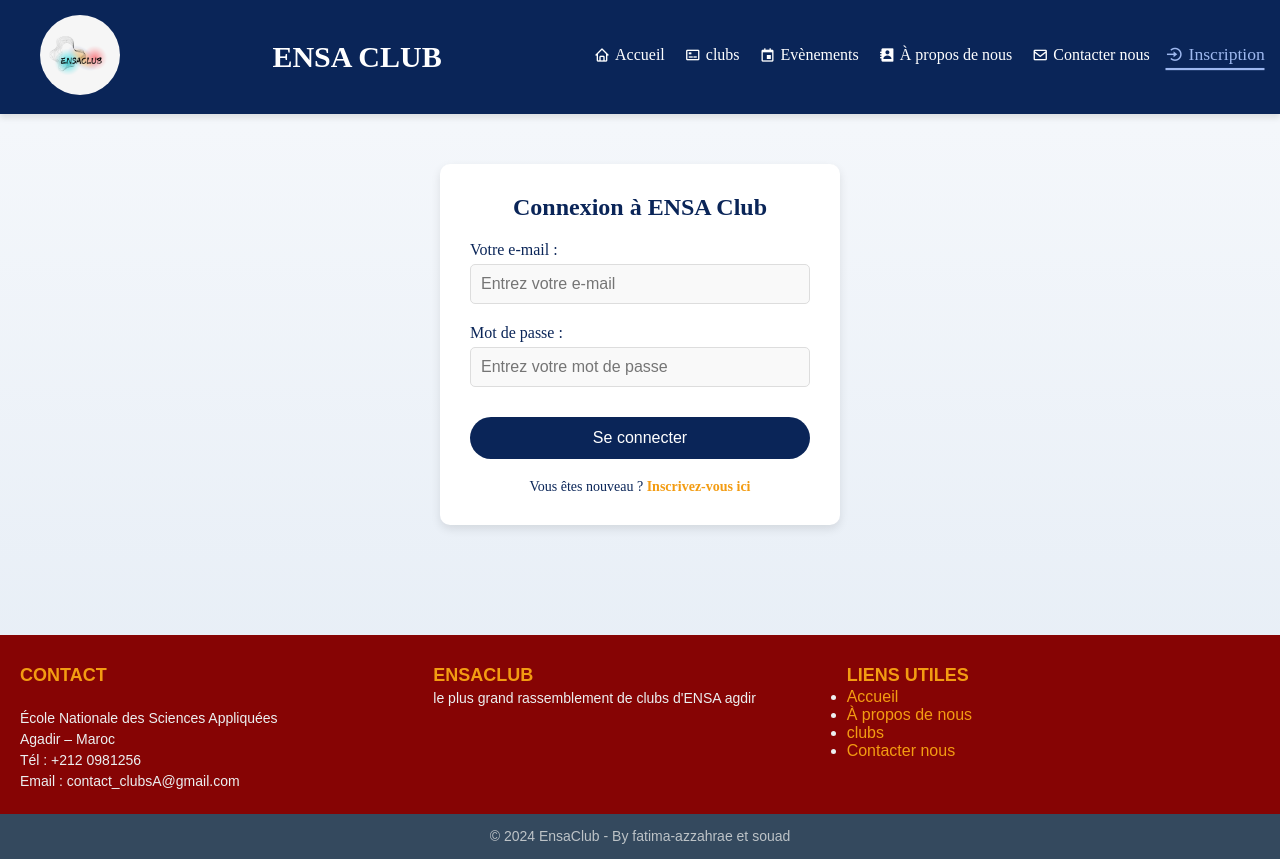
Repository: fati-smart/ENSAclub
Page: login.html
The author's editor kept a copy of each file at every save. The page is drawn from the files as they stood at one save, then again after the next save.
The browser window is 1280 px wide. The pictures show the whole page.

Above is the page before, as saved 2024-12-02 18:47:50.

### login.html
<!DOCTYPE html>
<html>

<head>
    <meta charset="UTF-8">
    <meta name="viewport" content="width=device-width, initial-scale=1.0">
    <link href='https://unpkg.com/boxicons@2.1.4/css/boxicons.min.css' rel="stylesheet" />
    <link rel="stylesheet" href="style.css">
    <title>login</title>
</head>

<body>
    <header class="header">
        <div><img src="logo.png" alt="logo"></div>
        <div class="titre"><a href="index.html"><p>ENSA CLUB</p></a></div>
        <nav>

          <ul>
            <li><a href="index.html">
              <i class='bx bx-home'></i></i>Accueil</a></li>
              <li><a href="club.html">
                <i class='bx bx-credit-card-front'></i>clubs</a></li>
              <li><a href="evenement.html">
                <i class='bx bx-calendar-event' ></i>Evènements</a></li>
              <li><a href="propos.html">
                <i class='bx bxs-contact'></i>À propos de nous</a></li>
              <li><a href="Contact.html">
                <i class='bx bx-envelope'></i>Contacter nous</a></li>
              <li><a href="inscrip.html" class="active">
                <i class='bx bx-log-in-circle'></i>Inscription</a></li>
          </ul>


        </nav>
    </header>


    <section class="connexion">
      <div class="logFormulaire">
        <h1 class="titre-logFormulaire">Connexion à ENSA Club</h1>
        <form action="profil.html">
          <div class="form-group">
            <label for="email">Votre e-mail :</label>
            <input type="email" name="email" id="email" placeholder="Entrez votre e-mail" required />
          </div>
          <div class="form-group">
            <label for="password">Mot de passe :</label>
            <input type="password" name="password" id="password" placeholder="Entrez votre mot de passe" required />
          </div>
          <button type="submit" class="btn-submit">Se connecter</button>
        </form>
        <p class="lien-nouveau">
          Vous êtes nouveau ? <a href="inscrip.html">Inscrivez-vous ici</a>
        </p>
      </div>
    </section>



    <footer class="footer">
        <div class="footer-container">
            <div class="footer-content">
              <ul>
                <h3>CONTACT</h3><br />
                <p>École Nationale des Sciences Appliquées<br /> Agadir – Maroc<br />
                Tél : +212 0981256<br />
                Email : contact_clubsA@gmail.com<br />
              </p>
              </ul>
            </div>
            <div class="footer-section-info">
              <ul>
                <h3>EnsaClub</h3>
              <p> le plus grand rassemblement de clubs d'ENSA agdir </p>
              </ul>
            </div>
            <div class="footer-content">
                <h3>Liens utiles</h3>
                 <ul class="list">
                    <li><a href="index.html">Accueil</a></li>
                    <li><a href="propos.html">À propos de nous</a></li>
                    <li><a href="club.html">clubs</a></li>
                    <li><a href="Contact.html">Contacter nous</a></li>
                 </ul>
            </div>
        </div>
        <div class="footer-bottom">
          <p>© 2024 EnsaClub - By fatima-azzahrae et souad</p>
        </div>
    </footer>
</body>

</html>

### style.css
* {
  margin: 0;
  padding: 0;
  box-sizing: border-box;
}

body {
  font-family: cursive;
  background-color: #f5f6fa;
  overflow-x: hidden;
  background: linear-gradient(to bottom, #f7f9fc, #e4ecf5);
}

/*******************************************HEADER************************************************/
.header {
  background-color: #0A2558;
  color: white;
  display: flex;
  align-items: center;
  justify-content: space-between;
  padding: 15px 20px;
  box-shadow: 0 4px 6px rgba(0, 0, 0, 0.1);
}

.header img {
  margin-left: 20px;
  width: 80px;
  height: 80px;
  border-radius: 50%;
}

.header .titre a {
  text-decoration: none;
  color: white;
  font-size: 26px;
  font-weight: bold;
}

nav ul {
  list-style: none;
  display: flex;
  gap: 20px;
}

nav ul li a {
  color: white;
  text-decoration: none;
  font-size: 16px;
  display: flex;
  align-items: center;
  gap: 5px;
  transition: color 0.3s ease-in-out;
}
.header .titre p{
  font-size: 30px;
  font-weight: bold;
  color: #ffffff;
  margin: 0;
}

nav ul li a:hover {
  color: #9eb8ef;
}

nav ul li a.active {
  border-bottom: 2px solid #9eb8ef;
  padding-bottom: 3px;
  color: #9eb8ef;
  transform: scale(1.1);

}
/*************************************section CLUB***********************************************/
.club{
  margin-top: 50px;
  display: flex;
  align-items: center;
  justify-content: center;
  flex-wrap: wrap;
}

.club .carteClub{
  width: 350px;
  height: 420px;
  background-color: #e9ebed;
  border-radius: 12px;
  margin-left: 30px;
  margin-right: 30px;
  box-shadow: 0 4px 6px rgba(0, 0, 0, 0.1);
  position: relative;
}

.club .carteClub .imageClub {
  width: 100%;
  height: 45%;
  margin-left: 15px;
  margin-right: 15px;
  align-items: center;
}

.club .carteClub .imageClub img{
  width: 90%;
  height: 90%;
  margin-top: 10px;
  border-radius: 12px;
}

.club .carteClub .text{
  width: 90%;
  height: 90%;
  margin-left: 10px;
  text-align: center;
}

.club .carteClub .text p{
  text-align: left;
}

.club .carteClub .text strong{
  font-size: 25px;
  font-family: 'Franklin Gothic Medium', 'Arial Narrow', Arial, sans-serif;
  color: #0A2558;
}

.club .carteClub .text .jointure{
  color: #143c85d7;
}

.carteClub button {
  position: absolute;
  bottom: 10px;
  right: 15px;
  padding: 10px 20px;
  background-color: #ff1100;
  color: #fff;
  border: none;
  border-radius: 5px;
  cursor: pointer;
  width: 90px;
}

.carteClub button:hover {
  background-color: #d91103e0;
  transform: scale(1.1);

}

/****************************************section EVENMENT****************************************/
.event {
  display: flex;
  flex-wrap: wrap;
  justify-content: center;
  padding: 20px;
  margin-top: 30px;
  align-items: center;
  border-radius: 12px;
  gap:  40px 15px;
  max-width: 1400px;

}

.carteEvent {
  width: 340px;
  display: flex;
  flex-direction: column;
  height: 200px;
  background: #fff;
  border-radius: 10px;
  box-shadow: 0 4px 8px rgba(0, 0, 0, 0.1);
  overflow: hidden;
  transition: height 0.3s ease, box-shadow 0.3s ease;
  padding: 10px;
  position: relative;
  text-align: center;
  margin-left: 20px;
  margin-right: 20px;
  margin-top: 20px;
  margin-bottom: 20px;

}

.carteEvent:hover {
  box-shadow: 0 6px 12px rgba(0, 0, 0, 0.15);
}

.carteEvent .titreC {
  margin-bottom: 7px;
  margin-top: 7px;
}

.carteEvent .titreC strong{
  font-size: 19.2px;
  font-weight: bold;
  color: #007bff;
}

.carteEvent .titre {
  margin-bottom: 7px;
}

.carteEvent strong{
  color: #ff1100;
}

.carteEvent .dets {
  text-align: left;
}

.carteEvent .dets strong{
  color: #000000;
}

.carteEvent .dets a{
  text-decoration: none;
  color:#09b32d ;
}

.carteEvent .dets a:hover{
  color:#00ff37 ;
  font-size: 16px;
}
/****************************************INSCRIPTION**********************************************/
.inscription {
  padding: 50px 20px;
  display: flex;
  justify-content: center;
  align-items: center;
}

.formulaire {
  background: #ffffff;
  border-radius: 10px;
  box-shadow: 0px 4px 10px rgba(0, 0, 0, 0.1);
  padding: 30px;
  max-width: 500px;
  width: 100%;
  animation: fadeIn 1s ease-in-out;
}

.titre-formulaire {
  font-size: 24px;
  font-weight: bold;
  text-align: center;
  color: #0A2558;
  margin-bottom: 20px;
}

.form-group {
  margin-bottom: 20px;
}

.form-group label {
  font-size: 16px;
  color: #0A2558;
  display: block;
  margin-bottom: 5px;
}

.form-group input {
  width: 100%;
  padding: 10px;
  font-size: 16px;
  border: 1px solid #ddd;
  border-radius: 5px;
  outline: none;
  transition: border-color 0.3s;
}

.form-group input:focus {
  border-color: #f39c12;
}

.btn-submit {
  background-color: #0A2558;
  color: #ffffff;
  padding: 12px 20px;
  font-size: 16px;
  border: none;
  border-radius: 25px;
  cursor: pointer;
  width: 100%;
  margin-top: 10px;
  transition: background-color 0.3s, transform 0.3s;
}

.btn-submit:hover {
  background-color: #072042;
  transform: translateY(-3px);
}

.lien-membre {
  text-align: center;
  margin-top: 20px;
  font-size: 14px;
  color: #0A2558;
}

.lien-membre a {
  color: #f39c12;
  text-decoration: none;
  font-weight: bold;
}

.lien-membre a:hover {
  text-decoration: underline;
}

@keyframes fadeIn {
  from {
    opacity: 0;
    transform: translateY(20px);
  }
  to {
    opacity: 1;
    transform: translateY(0);
  }
}

@media (max-width: 768px) {
  .formulaire {
    padding: 20px;
  }

  .btn-submit {
    font-size: 14px;
  }
}


/**********************************************login***********************************************/
.connexion {
  padding: 50px 20px;
  display: flex;
  justify-content: center;
  align-items: center;
}

.logFormulaire {
  background: #ffffff;
  border-radius: 10px;
  box-shadow: 0px 4px 10px rgba(0, 0, 0, 0.1);
  padding: 30px;
  max-width: 400px;
  width: 100%;
  animation: fadeIn 1s ease-in-out;
}

.titre-logFormulaire {
  font-size: 24px;
  font-weight: bold;
  text-align: center;
  color: #0A2558;
  margin-bottom: 20px;
}

.form-group {
  margin-bottom: 20px;
}

.form-group label {
  font-size: 16px;
  color: #0A2558;
  display: block;
  margin-bottom: 5px;
}

.form-group input {
  width: 100%;
  padding: 10px;
  font-size: 16px;
  border: 1px solid #ddd;
  border-radius: 5px;
  outline: none;
  transition: border-color 0.3s;
}

.form-group input:focus {
  border-color: #f39c12;
}

.btn-submit {
  background-color: #0A2558;
  color: #ffffff;
  padding: 12px 20px;
  font-size: 16px;
  border: none;
  border-radius: 25px;
  cursor: pointer;
  width: 100%;
  margin-top: 10px;
  transition: background-color 0.3s, transform 0.3s;
}

.btn-submit:hover {
  background-color: #072042;
  transform: translateY(-3px);
}

.lien-nouveau {
  text-align: center;
  margin-top: 20px;
  font-size: 14px;
  color: #0A2558;
}

.lien-nouveau a {
  color: #f39c12;
  text-decoration: none;
  font-weight: bold;
}

.lien-nouveau a:hover {
  text-decoration: underline;
}

@keyframes fadeIn {
  from {
    opacity: 0;
    transform: translateY(20px);
  }
  to {
    opacity: 1;
    transform: translateY(0);
  }
}

@media (max-width: 768px) {
  .logFormulaire {
    padding: 20px;
  }

  .btn-submit {
    font-size: 14px;
  }
}

/*********************************************PROFIL**********************************************/
.profil {
  max-width: 800px;
  margin: 50px auto;
  padding: 20px;
  background: #fff;
  box-shadow: 0 4px 8px rgba(0, 0, 0, 0.276);
  border-radius: 10px;
}

.section-title {
  font-size: 28px;
  color: #2c3e50;
  text-align: center;
  margin-bottom: 20px;
}

.form-title {
  font-size: 20px;
  color: #34495e;
  margin-bottom: 15px;
}

.form-subtitle {
  font-size: 18px;
  color: #7f8c8d;
  margin-bottom: 10px;
}

.profile-section {
  display: flex;
  align-items: center;
  gap: 20px;
  margin-bottom: 30px;
  border-bottom: 1px solid #ddd;
  padding-bottom: 20px;
}

.profile-picture img {
  width: 120px;
  height: 120px;
  border-radius: 50%;
  object-fit: cover;
  border: 3px solid #db343442;
}

.profile-info .profile-name {
  font-size: 18px;
  font-weight: bold;
  color: #34495e;
}

.profile-info .profile-email {
  font-size: 14px;
  color: #555;
}

.forms-profil {
  display: flex;
  flex-wrap: wrap;
  gap: 30px;
}

.account-info,
.security-settings {
  flex: 1;
  min-width: 300px;
}

.form-group {
  margin-bottom: 15px;
}

.form-group label {
  display: block;
  font-size: 14px;
  color: #555;
  margin-bottom: 5px;
}

.form-group input {
  width: 100%;
  padding: 10px;
  border: 1px solid #ddd;
  border-radius: 5px;
  font-size: 14px;
  background-color: #f9f9f9;
}

.form-group input:focus {
  outline: none;
  border-color: #3498db;
  box-shadow: 0 0 5px rgba(52, 152, 219, 0.5);
}

.save-button {
  background-color: #3498db;
  color: #fff;
  padding: 10px 20px;
  border: none;
  border-radius: 5px;
  cursor: pointer;
  font-size: 14px;
  display: inline-block;
}

.save-button:hover {
  background-color: #2980b9;
}

.clubs-section .club-name {
  font-size: 16px;
  color: #2c3e50;
  margin-left: 10px;
}

.clubs-table {
  width: 100%;
  border-collapse: collapse;
  margin-top: 20px;
}

th, td {
  border: 1px solid #ddd;
  padding: 8px;
  text-align: center;
}

th {
  background-color: #f4f4f4;
  font-weight: bold;
}

.delete-btn {
  background-color: #e74c3c;
  color: white;
  border: none;
  padding: 5px 10px;
  cursor: pointer;
  border-radius: 3px;
}

.delete-btn:hover {
  background-color: #c0392b;
}
i.bx.bx-chevrons-left {
  margin-top: 20px;
  margin-left: 20px;
  font-size: 80px;
  color: #0742b1;
  transition: color 0.3s, transform 0.3s;
}

i.bx.bx-chevrons-left:hover {
  color: #2980b9;
  transform: translateX(-5px);
}



/********************************a propos de nous************************************************/
.propos {
  padding: 50px 20px;
  color: #0A2558;
}

.propos-container {
  max-width: 800px;
  margin: 0 auto;
  text-align: center;
  animation: fadeIn 1s ease-in-out;
}

.propos-title {
  font-size: 36px;
  font-weight: bold;
  margin-bottom: 20px;
  color: #0A2558;
}

.propos-title span {
  color: #f39c12;
}

.propos-intro, .propos-objective, .propos-message, .propos-mission, .propos-footer {
  font-size: 18px;
  line-height: 1.6;
  margin-bottom: 20px;
}

.propos-list {
  list-style: none;
  padding: 0;
  margin: 20px 0;
  display: flex;
  justify-content: space-around;
  flex-wrap: wrap;
  gap: 10px;
}

.propos-list li {
  background: #f39c12;
  color: white;
  padding: 10px 20px;
  border-radius: 20px;
  font-size: 16px;
}

.propos-call-to-action {
  font-size: 18px;
  margin: 30px 0;
}

.propos-link {
  color: #f39c12;
  font-weight: bold;
  text-decoration: none;
}

.propos-link:hover {
  text-decoration: underline;
}

@keyframes fadeIn {
  from {
    opacity: 0;
    transform: translateY(20px);
  }
  to {
    opacity: 1;
    transform: translateY(0);
  }
}

/********************************************FOOTER*************************************************/
.footer{
  height: 180px;
  background-color: #860404;
  margin-top: 60px;
  color: #ecf0f1;
  padding: 10px 0;
  font-family: Arial, sans-serif;
  text-align: center;
}

.footer-container {
  display: flex;
  justify-content: space-around;
  align-items: flex-start;
  flex-wrap: wrap;
  padding: 20px;
}

.footer-content, .footer-section-info {
  flex: 1;
  min-width: 300px;
  text-align: left;
}

.footer h3 {
  font-size: 18px;
  font-weight: bold;
  text-transform: uppercase;
  margin-bottom: 2px;
  color: #f39c12;
}

.footer p {
  font-size: 14px;
  line-height: 1.5;
  margin: 2px 0;
}

.footer a {
  color: #f39c12;
  text-decoration: none;
}

.footer a:hover {
  text-decoration: underline;
}

.footer-bottom {
  background-color: #34495e;
  color: #bdc3c7;
  padding: 10px;
  font-size: 12px;
}

/*****************************************CONTACT***************************************************/
.contact {
  padding: 40px 20px;
  text-align: center;
}

.contact-fieldset {
  border: 2px solid #0A2558;
  border-radius: 10px;
  padding: 30px;
  max-width: 600px;
  margin: 0 auto;
  box-shadow: 0px 4px 10px rgba(0, 0, 0, 0.1);
  background: #ffffff;
}

.contact-legend {
  font-size: 24px;
  font-weight: bold;
  color: #0A2558;
  padding: 0 10px;
  background: #f39c12;
  color: #ffffff;
  border-radius: 5px;
}

.form-group {
  margin-bottom: 20px;
  text-align: left;
}

.form-group label {
  font-size: 16px;
  color: #0A2558;
  display: block;
  margin-bottom: 5px;
}

.form-group input,
.form-group textarea {
  width: 100%;
  padding: 10px;
  font-size: 16px;
  border: 1px solid #ddd;
  border-radius: 5px;
  outline: none;
  transition: border-color 0.3s;
}

.form-group input:focus,
.form-group textarea:focus {
  border-color: #f39c12;
}

.btn-submit {
  background-color: #0A2558;
  color: #ffffff;
  padding: 12px 25px;
  font-size: 16px;
  border: none;
  border-radius: 25px;
  cursor: pointer;
  transition: background-color 0.3s, transform 0.3s;
}

.btn-submit:hover {
  background-color: #072042;
  transform: translateY(-3px);
}

@media (max-width: 768px) {
  .contact-fieldset {
    padding: 20px;
  }

  .btn-submit {
    width: 100%;
  }
}

After the next save:
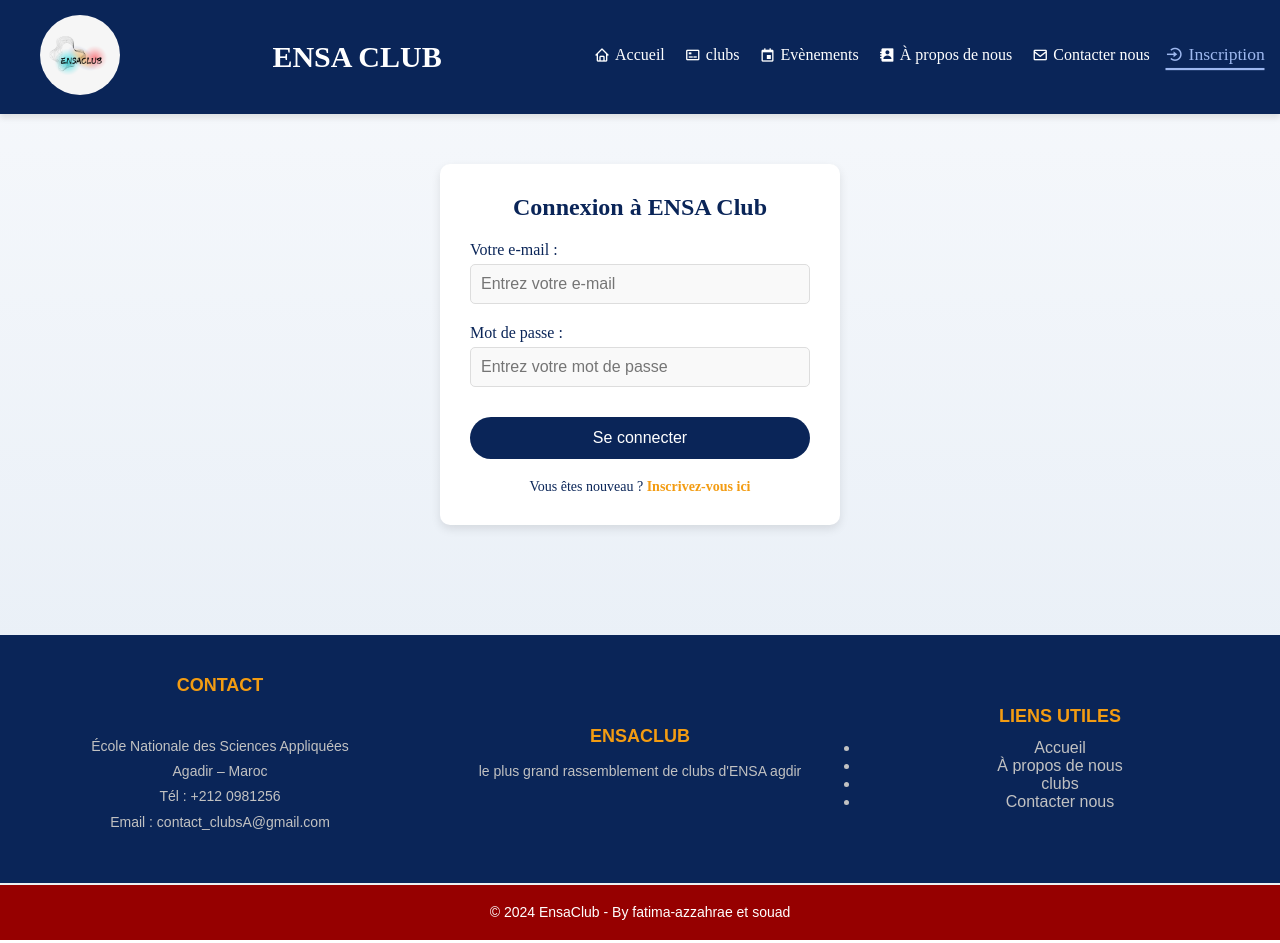
Saved 77 s later.
--- a/style.css
+++ b/style.css
@@ -668,46 +668,49 @@ i.bx.bx-chevrons-left:hover {
 }
 
 /********************************************FOOTER*************************************************/
-.footer{
-  height: 180px;
-  background-color: #860404;
+.footer {
+  background-color: #0A2558;
   margin-top: 60px;
   color: #ecf0f1;
-  padding: 10px 0;
   font-family: Arial, sans-serif;
   text-align: center;
+  padding: 0; /* Supprime les espaces autour */
 }
 
 .footer-container {
   display: flex;
   justify-content: space-around;
-  align-items: flex-start;
+  align-items: center; /* Centre verticalement les contenus */
   flex-wrap: wrap;
-  padding: 20px;
-}
-
-.footer-content, .footer-section-info {
-  flex: 1;
+  padding: 40px 20px; /* Augmente l'espacement interne */
+  gap: 20px; /* Ajoute de l'espace entre les sections */
+}
+
+.footer-content,
+.footer-section-info,
+.footer-links {
+  flex: 1; /* S'adapte à l'espace disponible */
   min-width: 300px;
-  text-align: left;
+  text-align: center; /* Centre horizontalement le texte */
+  color: #c2c2c2;
 }
 
 .footer h3 {
   font-size: 18px;
   font-weight: bold;
   text-transform: uppercase;
-  margin-bottom: 2px;
+  margin-bottom: 12px; /* Augmente l'espace sous le titre */
   color: #f39c12;
 }
 
 .footer p {
   font-size: 14px;
-  line-height: 1.5;
-  margin: 2px 0;
+  line-height: 1.8; /* Augmente l'espacement entre les lignes */
+  margin: 8px 0;
 }
 
 .footer a {
-  color: #f39c12;
+  color: #c2c2c2;
   text-decoration: none;
 }
 
@@ -716,11 +719,19 @@ i.bx.bx-chevrons-left:hover {
 }
 
 .footer-bottom {
-  background-color: #34495e;
-  color: #bdc3c7;
-  padding: 10px;
+  background-color: #960000;
+  color: white;
+  padding: 15px; /* Augmente l'espacement interne du footer-bottom */
   font-size: 12px;
-}
+  border-top: 2px solid #ecf0f1; /* Ligne séparatrice */
+  margin-top: 0; /* Supprime les marges entre le container et le footer-bottom */
+}
+
+.footer-bottom p {
+  margin: 0; /* Supprime les marges supplémentaires */
+  text-align: center;
+}
+
 
 /*****************************************CONTACT***************************************************/
 .contact {
